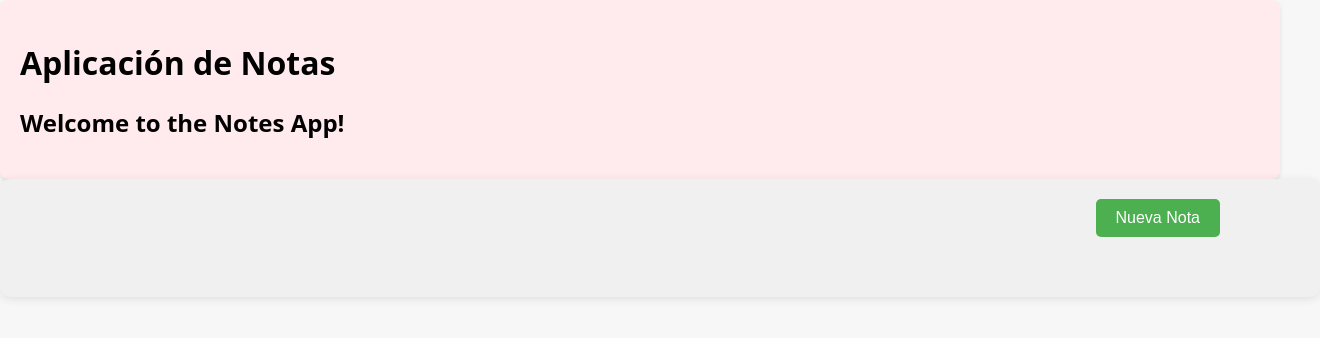
Repository: xunxuno/aplicacion_web_notas
Page: / (app in notas_web_app/)
The author's editor kept a copy of each file at every save. The page is drawn from the files as they stood at one save, then again after the next save.
The browser window is 1280 px wide. The page is 1320 px wide, so the pictures cover 1320 px, including what lies to the right of the window. The pictures show the whole page.
The project was rebuilt for these pictures with package versions that can differ from the ones it lists, and the page was loaded fresh each time. Also part of the build but not shown: notas_web_app/vite.config.ts, notas_web_app/src/components/Note.tsx, notas_web_app/src/components/NoteCollection.tsx, notas_web_app/src/components/NoteModal.tsx.

Above is the page before, as saved 2024-10-03 12:24:37.

After the next save:
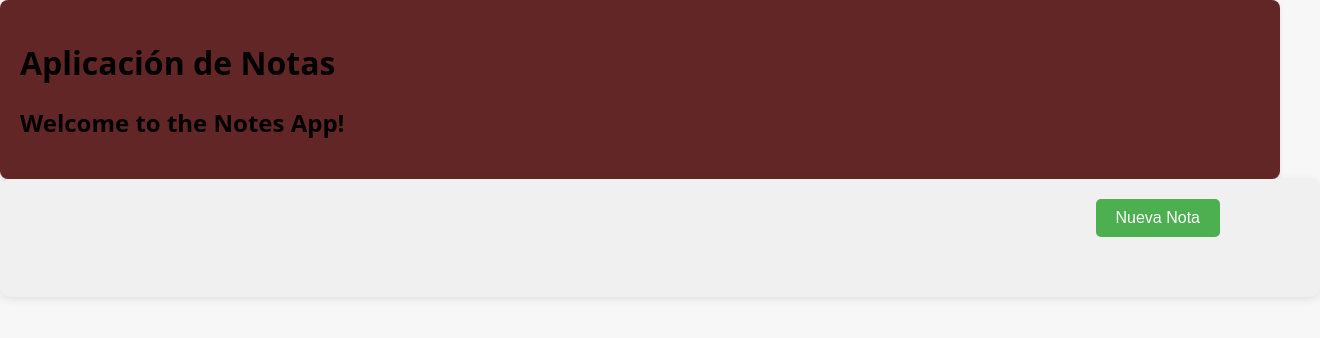
Saved 3 min 39 s later.
--- a/notas_web_app/src/components/AppBar.tsx
+++ b/notas_web_app/src/components/AppBar.tsx
@@ -3,7 +3,7 @@
 
 const AppBar: React.FC = () => {
   const appBarStyle = {
-    backgroundColor: '#ffebee', // Color pastel
+    backgroundColor: '#632626', // Color pastel
     borderRadius: '8px',
     margin: '0',
     padding: '20px',
